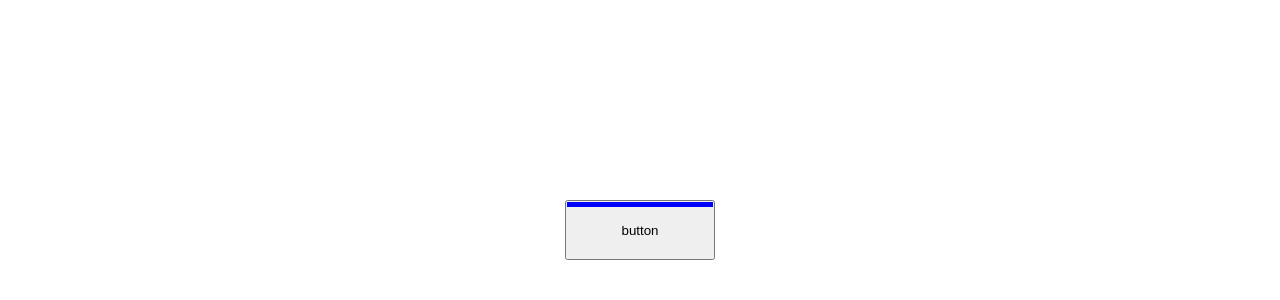
Repository: tung1233hhhhhhhhhhhhh/login-demo
Page: test.html
An editor plug-in stored every save of this project. The page is shown before and after the next save, followed by the edit.
The browser window is 1280 px wide. The pictures show the whole page.

Above is the page before, as saved 2023-02-14 17:33:00.

After the next save:
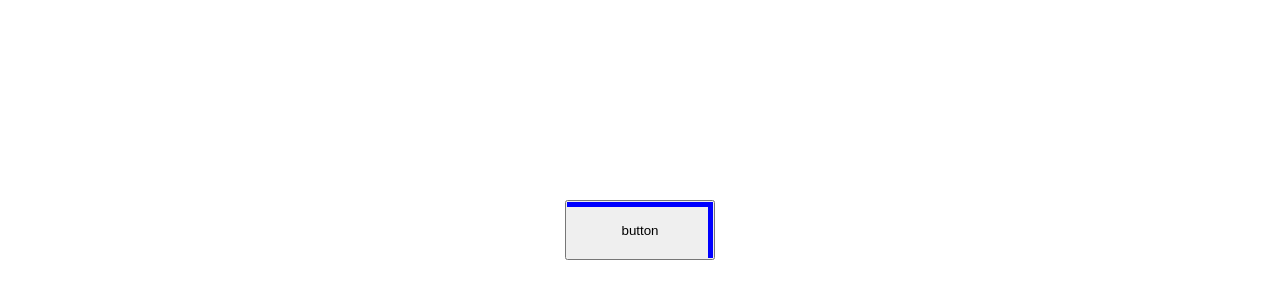
Saved 42 s later.
--- a/test.css
+++ b/test.css
@@ -19,3 +19,13 @@ button span:nth-child(1) {
     transition: width .5s ease;
     background-color: blue;
 }
+
+button span:nth-child(2) {
+    position: absolute;
+    top: 0;
+    right: 0;
+    width: 5px;
+    height: 100%;
+    transition: height .5s ease;
+    background-color: blue;
+}
